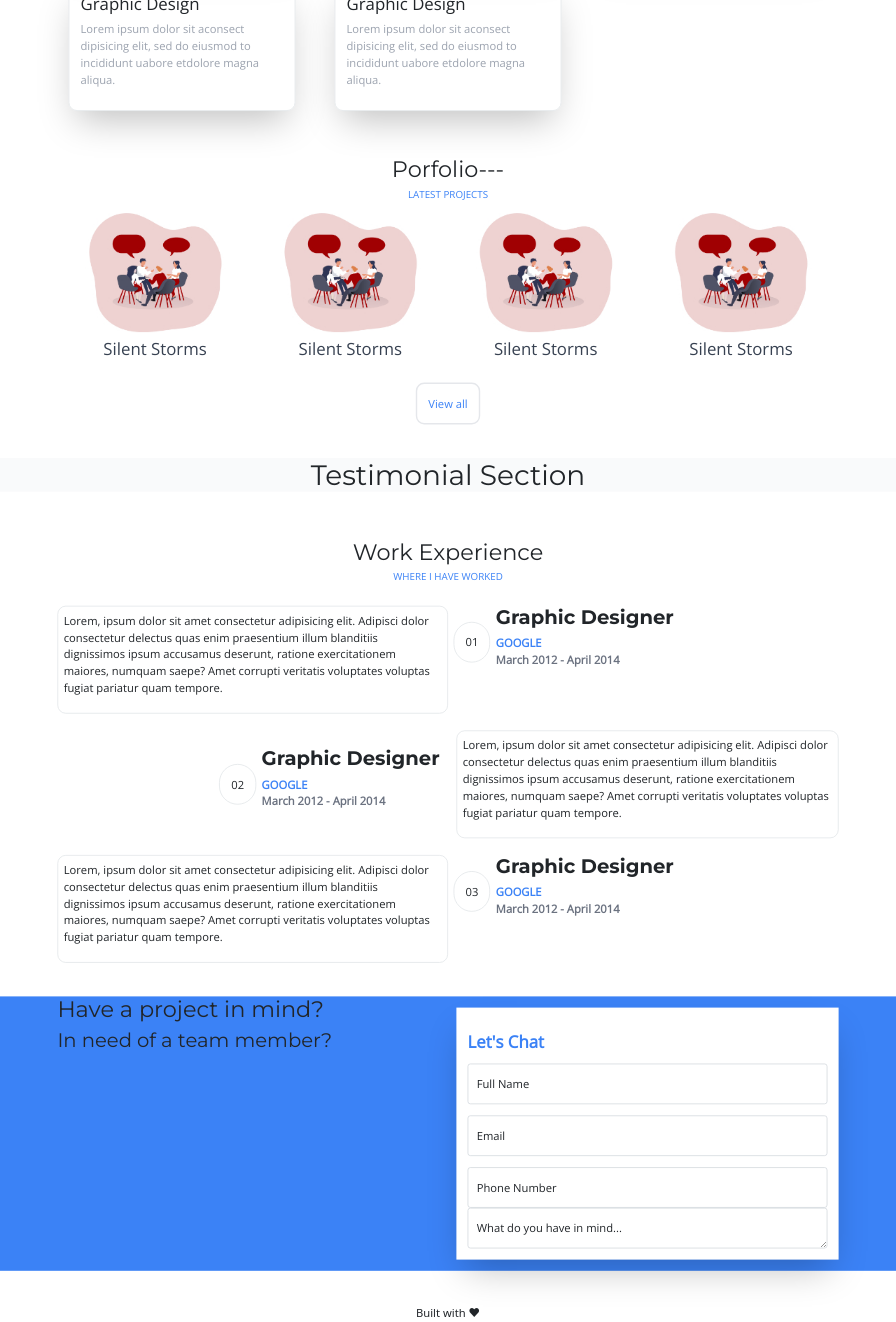
Repository: latenightsnacc/giggles
Page: HTML/freelancer.html
An editor plug-in stored every save of this project. The page is shown before and after the next save, followed by the edit.
The browser window is 1280 px wide. The pictures show the part of the page from y = 1488 to 3408 px (the page is 3376 px tall before and 3408 px after), at 70% of full size.
Some web libraries are served in a nearby version.

Above is the page before, as saved 2021-01-03 19:11:44.

After the next save:
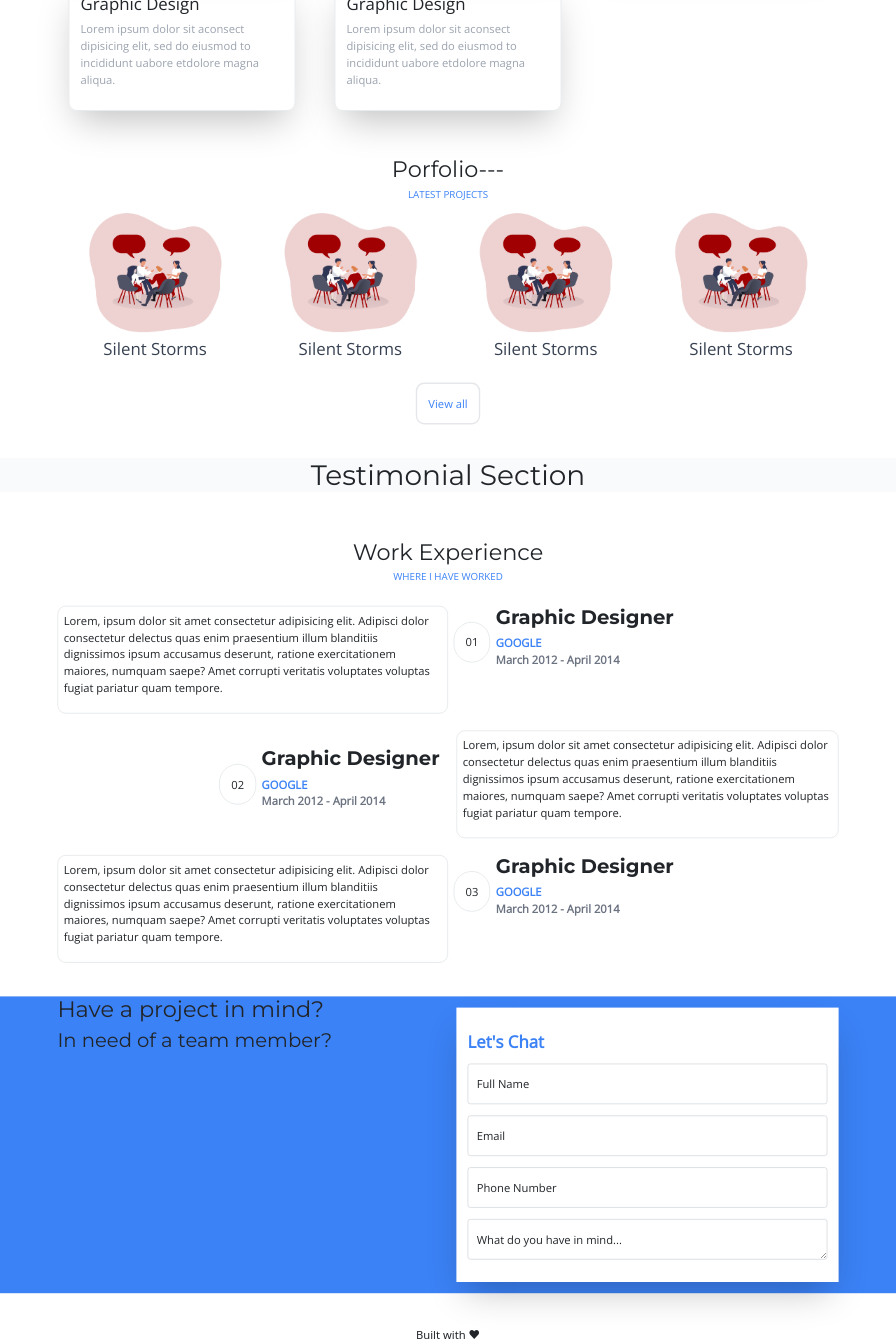
Saved 40 s later.
--- a/HTML/freelancer.html
+++ b/HTML/freelancer.html
@@ -322,12 +322,12 @@
                                 <input type="email" class="form-control" id="floatingEmail" placeholder="janedoe@abc.com">
                                 <label for="floatingEmail">Email</label>
                             </div>
-                            <div class="form-floating">
+                            <div class="form-floating mb-3">
                                 <input type="text" class="form-control" id="floatingPhone" placeholder="0803451789">
                                 <label for="floatingPhone">Phone Number</label>
                             </div>
-                            <div class="form-floating">
-                                <textarea  class="form-control" id="floatingTextBox" placeholder="Talk to me"></textarea>
+                            <div class="form-floating mb-3">
+                                <textarea  class="form-control" id="floatingTextBox" placeholder="Talk to me" rows="4"></textarea>
                                 <label for="floatingPassword">What do you have in mind...</label>
                             </div>
                         </form>
